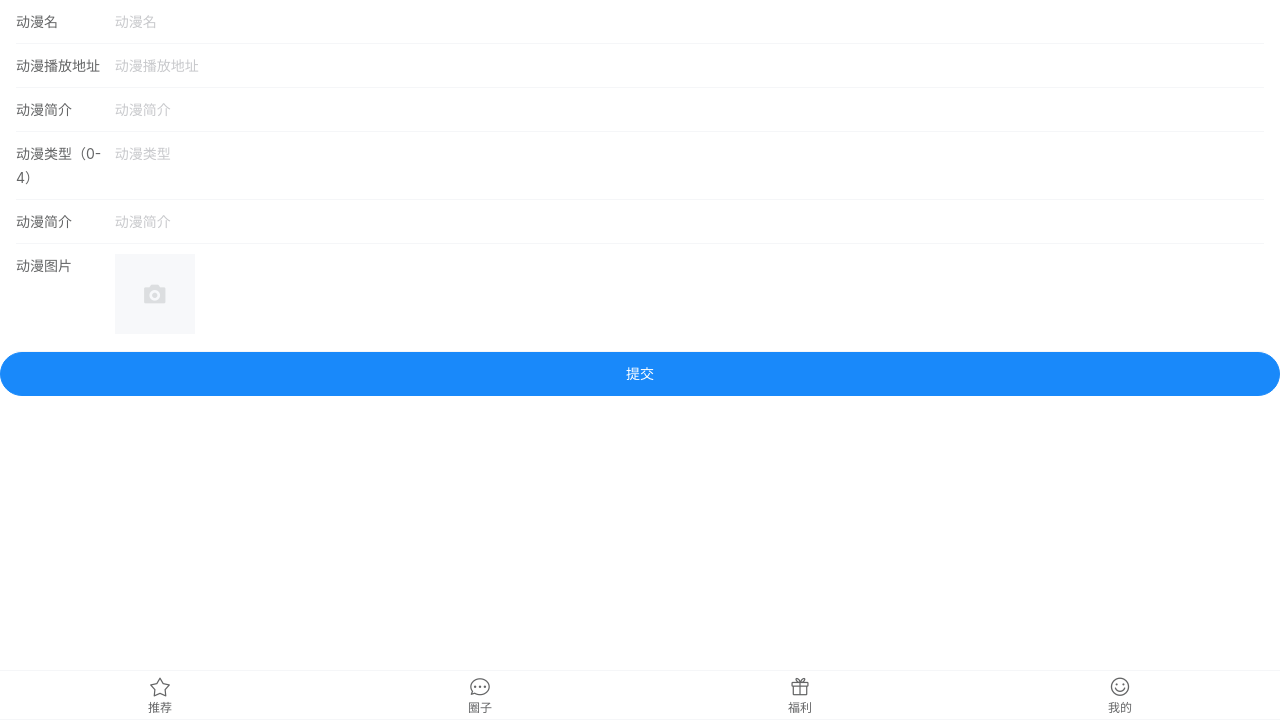
Repository: pbw-langwang/dm
Page: /#/Dmfabu (app in dm_vue/)
An editor plug-in stored every save of this project. The page is shown before and after the next save, followed by the edit.
The browser window is 1280 px wide. The pictures show the whole page.
The project was rebuilt for these pictures with package versions that can differ from the ones it lists, and the page was loaded fresh each time. Also part of the build but not shown: dm_vue/src/components/HelloWorld.vue, dm_vue/src/components/video.vue, dm_vue/src/components/setting.vue, dm_vue/src/components/gift.vue, dm_vue/src/components/Regist.vue, dm_vue/src/components/history.vue, dm_vue/src/components/Search.vue, dm_vue/src/components/SearchList.vue and 8 more.

Above is the page before, as saved 2021-06-23 15:09:52.

### dm_vue/index.html
<!DOCTYPE html>
<html>
  <head>
    <meta charset="utf-8">
    <meta name="viewport" content="width=device-width,initial-scale=1.0">
    <title>toutiao</title>
  </head>
  <body>
    <div id="app"></div>
    <!-- built files will be auto injected -->
  </body>
</html>

### dm_vue/src/main.js
// The Vue build version to load with the `import` command
// (runtime-only or standalone) has been set in webpack.base.conf with an alias.
import Vue from 'vue'
import App from './App'
import router from './router'
import Vant from 'vant'
import 'vant/lib/index.css'
import axios from 'axios'
import VueAxios from 'vue-axios'

Vue.use(VueAxios, axios)
Vue.use(Vant);

axios.defaults.baseURL = 'http://localhost:8080/dm/';
axios.defaults.withCredentials = true;

Vue.config.productionTip = false

Vue.filter("dateFormat", function (dateStr, pattern = "") {
    var dt = new Date(dateStr);
    var y = dt.getFullYear();
    var m = dt.getMonth() + 1;
    var d = dt.getDate();
    if (pattern.toLowerCase() == "yyyy-mm-dd") {
        return `${y}年${m}月${d}日`
    } else {
        var hh = dt.getHours();
        var mm = dt.getMinutes();
        var ss = dt.getSeconds();
        return `${y}年${m}月${d}日 ${hh}:${mm}:${ss}`
    }
})

/* eslint-disable no-new */
new Vue({
    el: '#app',
    router,
    components: { App },
    template: '<App/>'
})

### dm_vue/src/App.vue
<template>
  <div id="app">
    <router-view />

    <van-tabbar v-model="active" route>
      <van-tabbar-item name="home" to="/" icon="star-o">推荐</van-tabbar-item>
      <van-tabbar-item name="search" to="/video" icon="chat-o"
        >圈子</van-tabbar-item
      >
      <van-tabbar-item name="search" to="/gift" icon="point-gift-o"
        >福利</van-tabbar-item
      >
      <van-tabbar-item name="setting" to="/setting" icon="smile-o"
        >我的</van-tabbar-item
      >
    </van-tabbar>
  </div>
</template>

<script>
export default {
  name: "App",
  data() {
    return {
      active: "home",
    };
  },
};
</script>

### dm_vue/src/router/index.js
import Vue from 'vue'
import Router from 'vue-router'
import HelloWorld from '@/components/HelloWorld'
import video from '@/components/video'
import setting from '@/components/setting'
import Gift from '@/components/gift'
import Regist from '@/components/Regist'
import History from "@/components/history"
import Search from "@/components/Search"
import SearchList from "@/components/SearchList"
import Postdetail from "@/components/Postdetail"
import Authord from "@/components/Authord"
import fabu from "@/components/fabu"
import FabuPost from "@/components/FabuPost"
import Yhfabu from "@/components/Yhfabu"
import SearchAct from "@/components/SearchAct"
import SearchListAct from "@/components/SearchListAct"
import Change from "@/components/Change"
import Dmfabu from "@/components/Dmfabu"

Vue.use(Router)

export default new Router({
    routes: [{
            path: '/',
            name: 'HelloWorld',
            component: HelloWorld
        },
        {
            path: '/video',
            name: 'Video',
            component: video
        },
        {
            path: '/setting',
            name: 'setting',
            component: setting
        },
        {
            path: "/gift",
            name: "gift",
            component: Gift
        },
        {
            path: "/Regist",
            name: "Regist",
            component: Regist
        }, {
            path: "/History",
            name: "History",
            component: History
        }, {
            path: "/Search",
            name: "Search",
            component: Search
        }, {
            path: "/SearchList/:value",
            name: "SearchList",
            component: SearchList
        }, {
            path: "/Postdetail/:value",
            name: "Postdetail",
            component: Postdetail
        },
        {
            path: "/Authord/:value",
            name: "Authord",
            component: Authord
        },
        {
            path: "/FabuPost",
            name: "FabuPost",
            component: FabuPost
        },
        {
            path: "/fabu",
            name: "fabu",
            component: fabu
        },
        {
            path: "/Yhfabu",
            name: "Yhfabu",
            component: Yhfabu
        },
        {
            path: "/SearchAct",
            name: "SearchAct",
            component: SearchAct
        },
        {
            path: "/SearchListAct/:value",
            name: "SearchListAct",
            component: SearchListAct
        },
        {
            path: "/Change",
            name: "Change",
            component: Change
        },
        {
            path: "/Dmfabu",
            name: "Dmfabu",
            component: Dmfabu
        },
    ]
})

### dm_vue/src/components/Dmfabu.vue
<template>
  <div>
    <div class="userinfo">
      <van-form @submit="onSubmit" class="form1">
        <van-field
          v-model="dm.contentname"
          name="contentname"
          label="动漫名"
          placeholder="动漫名"
          clearable
          @blur="checkName"
          :rules="[{ required: true, message: '请填写动漫名' }]"
        />

        <van-field
          v-model="dm.contenturl"
          name="contenturl"
          label="动漫播放地址"
          placeholder="动漫播放地址"
          :rules="[{required:true,message:'请填写动漫播放地址'}]"
        />

        <van-field
          v-model="dm.contentintroduction"
          name="contentintroduction"
          label="动漫简介"
          placeholder="动漫简介"
          :rules="[{ required: true, message: '请填写动漫简介' }]"
        />

        <van-field
          v-model="dm.contenttype"
          name="contenttype"
          label="动漫类型（0-4）"
          placeholder="动漫类型"
          :rules="[{ required: true, message: '请填写动漫类型' }]"
        />

        <van-field
          v-model="dm.contentintroduction"
          name="contentintroduction"
          label="动漫简介"
          placeholder="动漫简介"
          :rules="[{ required: true, message: '请填写动漫简介' }]"
        />

        <van-field name="uploader" label="动漫图片">
          <template #input>
            <van-uploader v-model="uploader" :max-count="1" :before-read="beforeRead"/>
          </template>
        </van-field>

        <div>
          <van-button round block type="info" native-type="submit">提交</van-button>
        </div>
      </van-form>
    </div>
  </div>
</template>

<script>
import Vue from 'vue';
import { Toast } from 'vant';
Vue.use(Toast);
Toast.setDefaultOptions({ duration: 2000 });

export default {
  name:"FabuPost",
  data(){
    return{
      dm:{},
      uploader:[],
      picIp:"http://localhost:8080/pic/",
    }
  },
  methods:{
    onSubmit(){
      const form1 = document.querySelector(".form1");
      let formData=new FormData(form1);

      formData.append("imgFile",this.uploader[0].file);
      formData.append("username",localStorage.getItem("username"));

      this.axios.post("userpost/fabu",formData,{'Content-Type':'multipart/form-data'}).then((response) => {
        if(response.data=="ok"){
          Toast("发布成功!");
          this.$router.push("fabu");
        }else{
          Toast("发布失败");
        }
      })
    },
  }
}
</script>

After the next save:
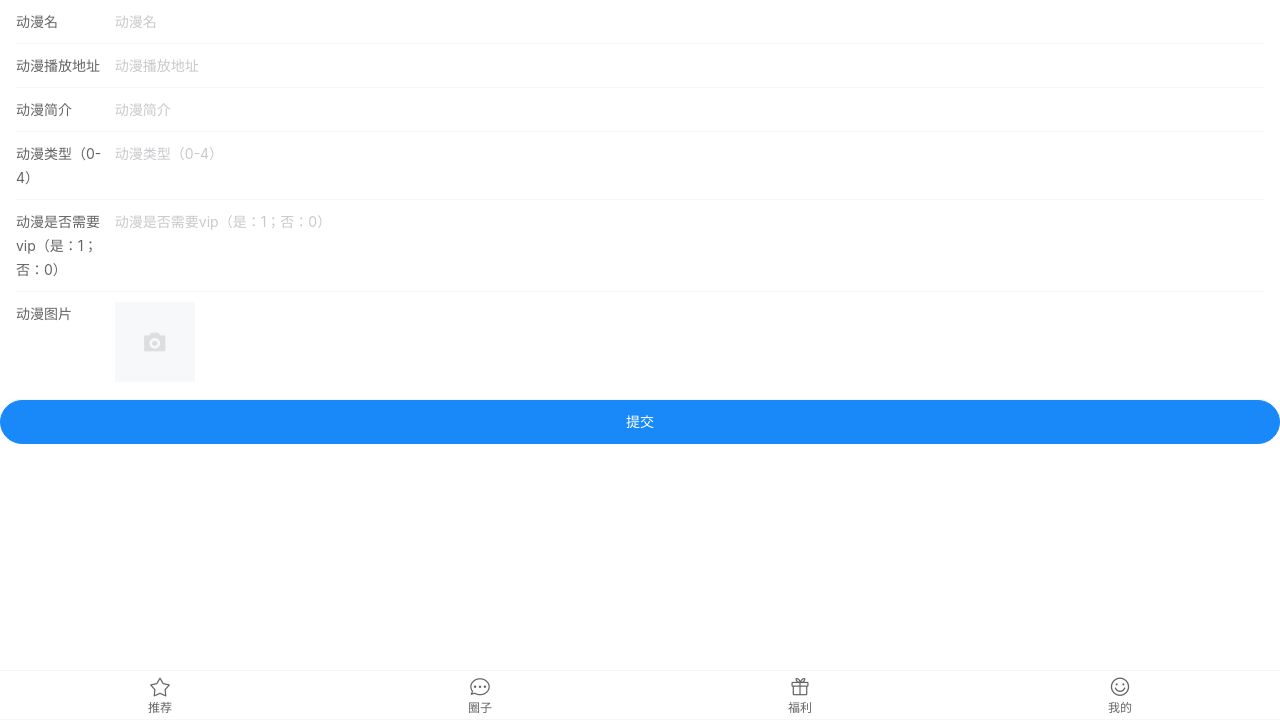
Saved 61 s later.
--- a/dm_vue/src/components/Dmfabu.vue
+++ b/dm_vue/src/components/Dmfabu.vue
@@ -32,16 +32,16 @@
           v-model="dm.contenttype"
           name="contenttype"
           label="动漫类型（0-4）"
-          placeholder="动漫类型"
-          :rules="[{ required: true, message: '请填写动漫类型' }]"
+          placeholder="动漫类型（0-4）"
+          :rules="[{ required: true, message: '请填写动漫类型（0-4）' }]"
         />
 
         <van-field
           v-model="dm.contentintroduction"
           name="contentintroduction"
-          label="动漫简介"
-          placeholder="动漫简介"
-          :rules="[{ required: true, message: '请填写动漫简介' }]"
+          label="动漫是否需要vip（是：1；否：0）"
+          placeholder="动漫是否需要vip（是：1；否：0）"
+          :rules="[{ required: true, message: '请填写动漫是否需要vip（是：1；否：0）' }]"
         />
 
         <van-field name="uploader" label="动漫图片">
